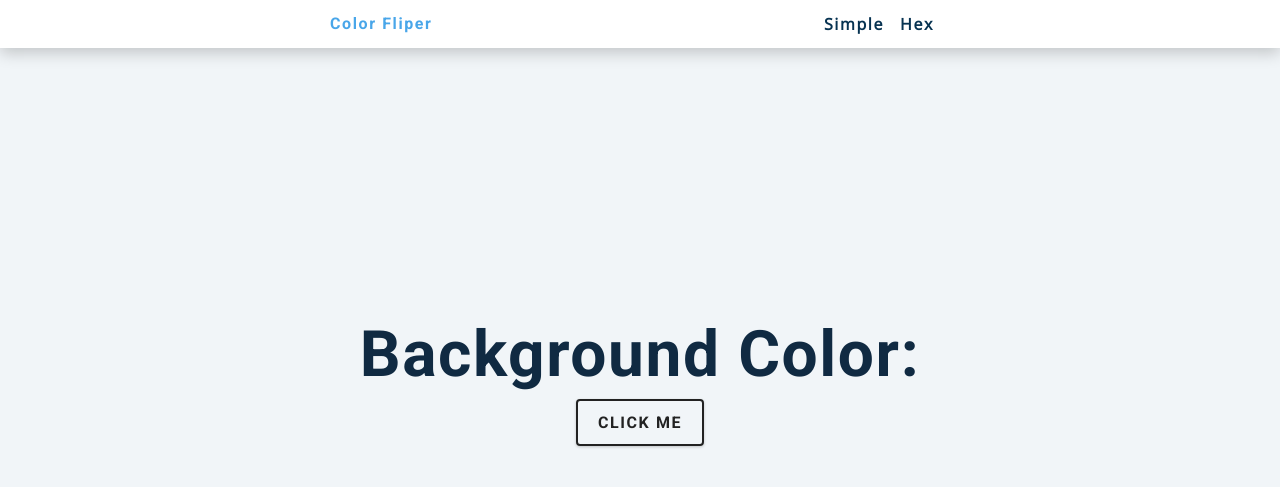
Repository: hseunghwan/practice-vanilla-javascript
Page: index.html
These files come from the project's save history. The page is drawn as it stood at one moment and after the next save; the edit follows.
The browser window is 1280 px wide. The pictures show the whole page.

Above is the page before, as saved 2023-05-08 22:50:34.

### index.html
<!DOCTYPE html>
<html>
    <head>
        <meta charset="utf-8" />
        <title>color fliper</title>
        <link href="styles.css" rel="stylesheet" />
        <script src="app.js"></script>
    </head>
    <body>
        <nav>
            <div class="nav-center">
                <h4>color fliper</h4>
                <ul class="nav-links">
                    <li>
                        <a href="index.html">simple</a>
                    </li>
                    <li>
                        <a href="hex.html">hex</a>
                    </li>
                </ul>
            </div>
        </nav>
        <main>
            <div class="container">
                <h1>Background color: <span id="hexcolor"></span></h1>
                <button class="btn btn-hero" id="btn">click me</button>
            </div>
        </main>
    </body>
</html>

### styles.css
/*
===============
Fonts
===============
*/
@import url("https://fonts.googleapis.com/css?family=Open+Sans|Roboto:400,700&display=swap");

/*
===============
Variables
===============
*/

:root {
    /* dark shades of primary color*/
    --clr-primary-1: hsl(205, 86%, 17%);
    --clr-primary-2: hsl(205, 77%, 27%);
    --clr-primary-3: hsl(205, 72%, 37%);
    --clr-primary-4: hsl(205, 63%, 48%);
    /* primary/main color */
    --clr-primary-5: hsl(205, 78%, 60%);
    /* lighter shades of primary color */
    --clr-primary-6: hsl(205, 89%, 70%);
    --clr-primary-7: hsl(205, 90%, 76%);
    --clr-primary-8: hsl(205, 86%, 81%);
    --clr-primary-9: hsl(205, 90%, 88%);
    --clr-primary-10: hsl(205, 100%, 96%);
    /* darkest grey - used for headings */
    --clr-grey-1: hsl(209, 61%, 16%);
    --clr-grey-2: hsl(211, 39%, 23%);
    --clr-grey-3: hsl(209, 34%, 30%);
    --clr-grey-4: hsl(209, 28%, 39%);
    /* grey used for paragraphs */
    --clr-grey-5: hsl(210, 22%, 49%);
    --clr-grey-6: hsl(209, 23%, 60%);
    --clr-grey-7: hsl(211, 27%, 70%);
    --clr-grey-8: hsl(210, 31%, 80%);
    --clr-grey-9: hsl(212, 33%, 89%);
    --clr-grey-10: hsl(210, 36%, 96%);
    --clr-white: #fff;
    --clr-red-dark: hsl(360, 67%, 44%);
    --clr-red-light: hsl(360, 71%, 66%);
    --clr-green-dark: hsl(125, 67%, 44%);
    --clr-green-light: hsl(125, 71%, 66%);
    --clr-black: #222;
    --ff-primary: "Roboto", sans-serif;
    --ff-secondary: "Open Sans", sans-serif;
    --transition: all 0.3s linear;
    --spacing: 0.1rem;
    --radius: 0.25rem;
    --light-shadow: 0 5px 15px rgba(0, 0, 0, 0.1);
    --dark-shadow: 0 5px 15px rgba(0, 0, 0, 0.2);
    --max-width: 1170px;
    --fixed-width: 620px;
}
/*
===============
Global Styles
===============
*/

*,
::after,
::before {
    margin: 0;
    padding: 0;
    box-sizing: border-box;
}
body {
    font-family: var(--ff-secondary);
    background: var(--clr-grey-10);
    color: var(--clr-grey-1);
    line-height: 1.5;
    font-size: 0.875rem;
}
ul {
    list-style-type: none;
}
a {
    text-decoration: none;
}
h1,
h2,
h3,
h4 {
    letter-spacing: var(--spacing);
    text-transform: capitalize;
    line-height: 1.25;
    margin-bottom: 0.75rem;
    font-family: var(--ff-primary);
}
h1 {
    font-size: 3rem;
}
h2 {
    font-size: 2rem;
}
h3 {
    font-size: 1.25rem;
}
h4 {
    font-size: 0.875rem;
}
p {
    margin-bottom: 1.25rem;
    color: var(--clr-grey-5);
}
@media screen and (min-width: 800px) {
    h1 {
        font-size: 4rem;
    }
    h2 {
        font-size: 2.5rem;
    }
    h3 {
        font-size: 1.75rem;
    }
    h4 {
        font-size: 1rem;
    }
    body {
        font-size: 1rem;
    }
    h1,
    h2,
    h3,
    h4 {
        line-height: 1;
    }
}
/*  global classes */

/* section */
.section {
    padding: 5rem 0;
}

.section-center {
    width: 90vw;
    margin: 0 auto;
    max-width: 1170px;
}
@media screen and (min-width: 992px) {
    .section-center {
        width: 95vw;
    }
}
main {
    min-height: 100vh;
    display: grid;
    place-items: center;
}

/*
===============
Nav
===============
*/
nav {
    background: var(--clr-white);
    height: 3rem;
    display: grid;
    align-items: center;
    box-shadow: var(--dark-shadow);
}
.nav-center {
    width: 90vw;
    max-width: var(--fixed-width);
    margin: 0 auto;
    display: flex;
    align-items: center;
    justify-content: space-between;
}
.nav-center h4 {
    margin-bottom: 0;
    color: var(--clr-primary-5);
}
.nav-links {
    display: flex;
}
nav a {
    text-transform: capitalize;
    font-weight: 700;
    font-size: 1rem;
    color: var(--clr-primary-1);
    letter-spacing: var(--spacing);
    margin-right: 1rem;
}
nav a:hover {
    color: var(--clr-primary-5);
}
/*
===============
Container
===============
*/
main {
    min-height: calc(100vh - 3rem);
    display: grid;
    place-items: center;
}
.container {
    text-align: center;
}
.container h2 {
    background: var(--clr-black);
    color: var(--clr-white);
    padding: 1rem;
    border-radius: var(--radius);
    margin-bottom: 2.5rem;
}
.color {
    color: var(--clr-primary-5);
}
.btn-hero {
    font-family: var(--ff-primary);
    text-transform: uppercase;
    background: transparent;
    color: var(--clr-black);
    letter-spacing: var(--spacing);
    display: inline-block;
    font-weight: 700;
    transition: var(--transition);
    border: 2px solid var(--clr-black);
    cursor: pointer;
    box-shadow: 0 1px 3px rgba(0, 0, 0, 0.2);
    border-radius: var(--radius);
    font-size: 1rem;
    padding: 0.75rem 1.25rem;
}
.btn-hero:hover {
    color: var(--clr-white);
    background: var(--clr-black);
}

### app.js
window.onload = () => {
    let arr = [0, 1, 2, 3, 4, 5, 6, 7, 8, 9, "A", "B", "C", "D", "E", "F"];

    const button = document.getElementById("btn");
    const span = document.getElementById("hexcolor");
    button.addEventListener("click", () => {
        let color = "#";
        for (let i = 0; i < 6; i++) {
            color += getrandnum();
        }
        span.innerText = color;
    });

    const getrandnum = () => {
        return arr[Math.floor(Math.random() * 16)];
    };
};

After the next save:
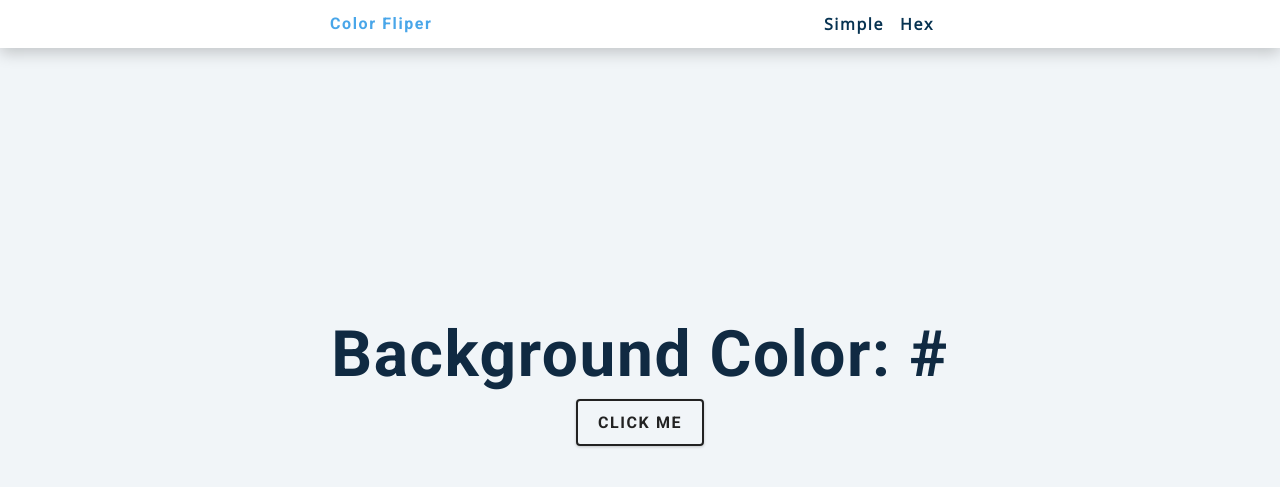
Saved 37 s later.
--- a/index.html
+++ b/index.html
@@ -22,7 +22,7 @@
         </nav>
         <main>
             <div class="container">
-                <h1>Background color: <span id="hexcolor"></span></h1>
+                <h1>Background color: <span id="hexcolor">#</span></h1>
                 <button class="btn btn-hero" id="btn">click me</button>
             </div>
         </main>
